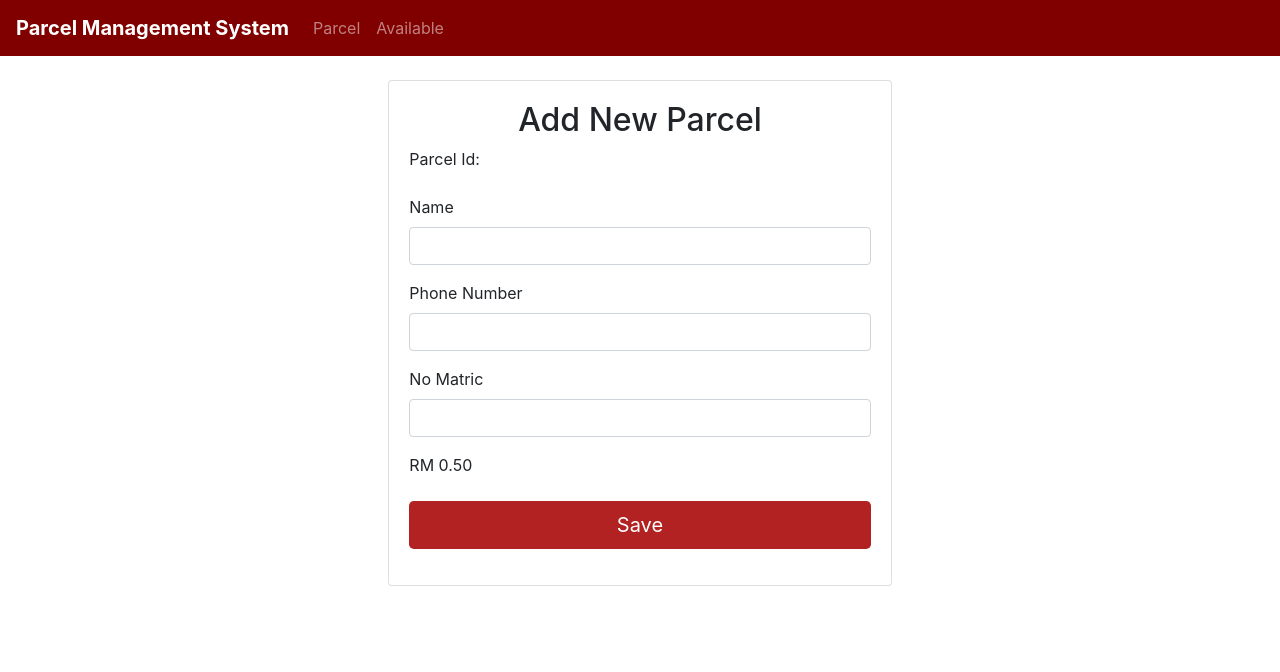
Repository: fikriupm/ParcelManagement_CBSEProject
Page: http://localhost/ParcelManagementSystem/checkout-form.jsp
An editor plug-in stored every save of this project. The page is shown before and after the next save, followed by the edit.
The browser window is 1280 px wide. The pictures show the whole page.
The page is served by Tomcat 9. The template is opened directly, without the code that normally fills it, so the values that code supplies are empty.

Above is the page before, as saved 2023-06-21 09:55:52.

After the next save:
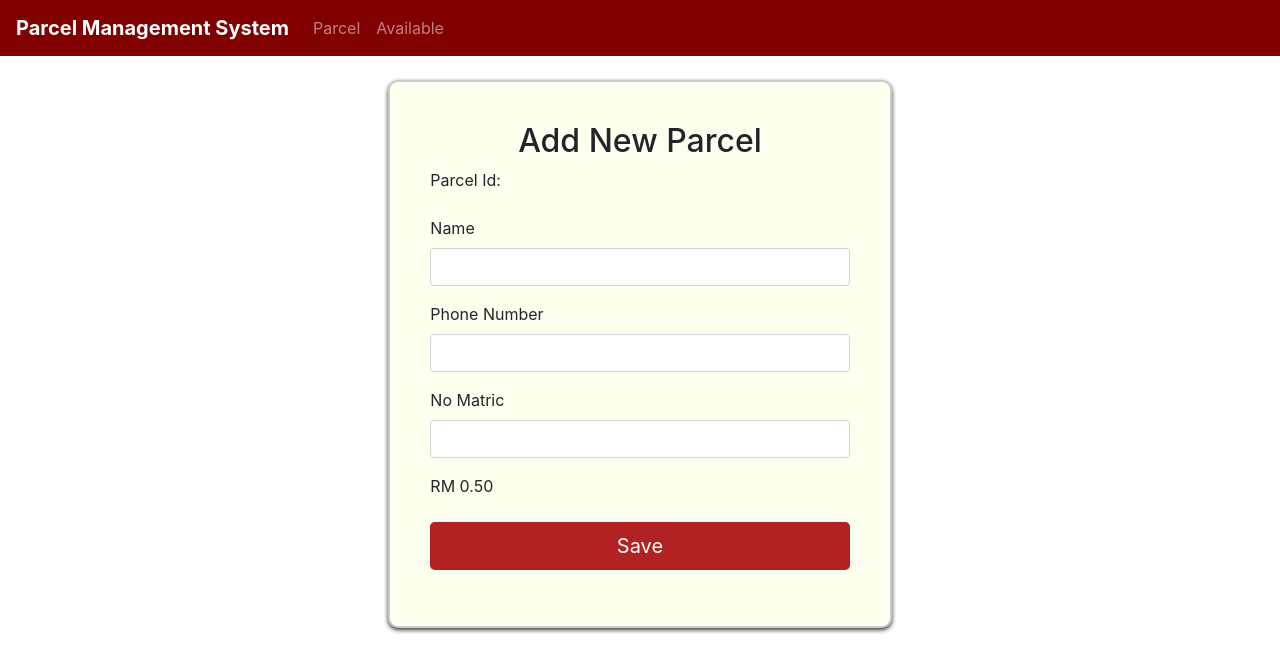
Saved 13 s later.
--- a/ParcelManagementSystem/src/main/webapp/checkout-form.jsp
+++ b/ParcelManagementSystem/src/main/webapp/checkout-form.jsp
@@ -85,7 +85,7 @@
 	</header>
 	<br>
 	<div class="container col-md-5">
-		<div class="card">
+		<div class="card custom-card">
 			<div class="card-body">
 				<c:if test="${parcel != null}">
 					<form action="update" method="post">
